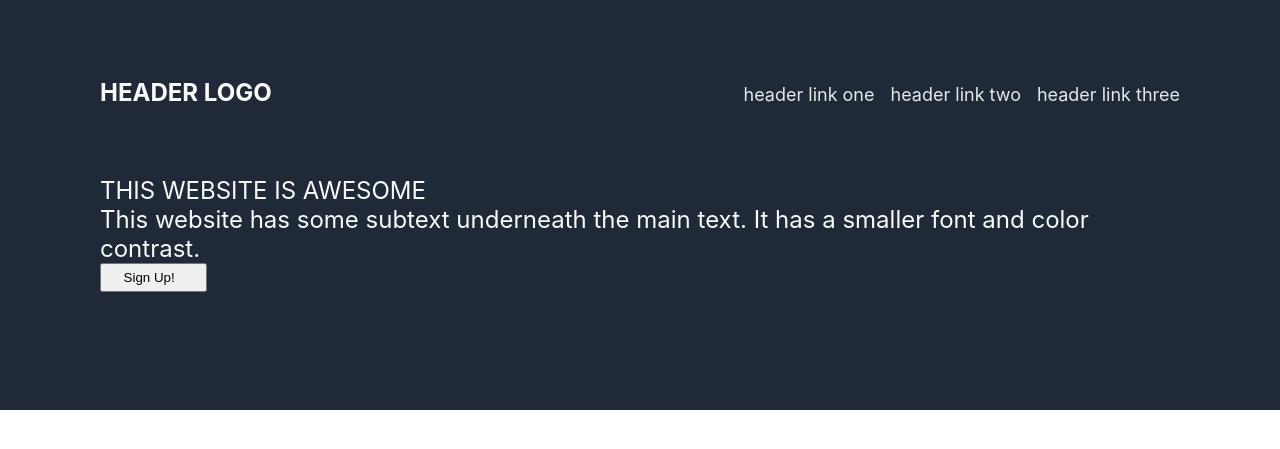
Repository: bbrockbrown/landing-page
Page: index.html
The author's editor kept a copy of each file at every save. The page is drawn from the files as they stood at one save, then again after the next save.
The browser window is 1280 px wide. The pictures show the whole page.

Above is the page before, as saved 2024-07-24 11:43:01.

After the next save:
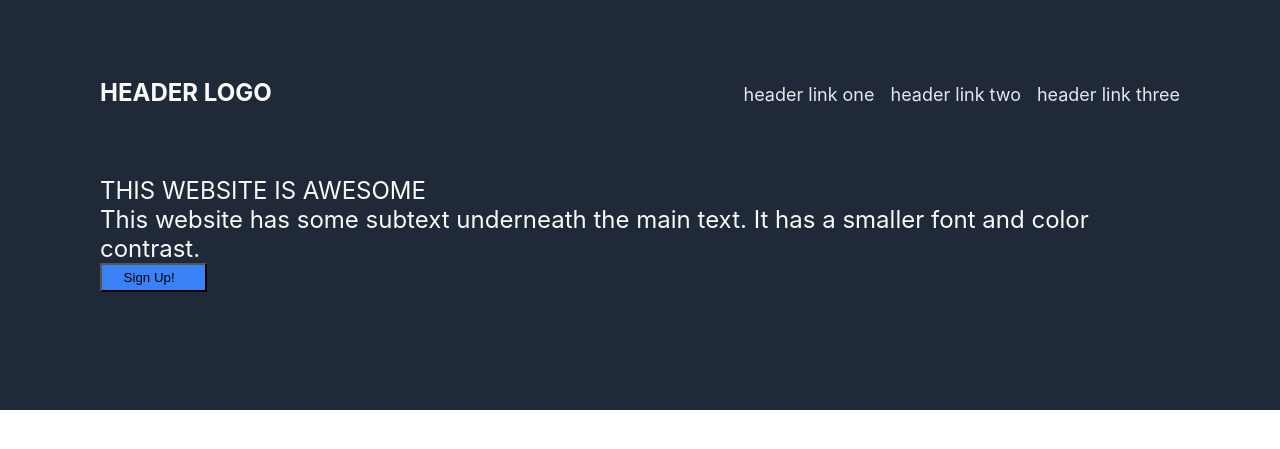
Saved 6 s later.
--- a/styles.css
+++ b/styles.css
@@ -33,7 +33,7 @@ button {
     padding: 5px 30px 5px 3dvh;
 }
 
-button .signup-button {
+.signup-button {
     background-color: #3882F6;
 }
 
